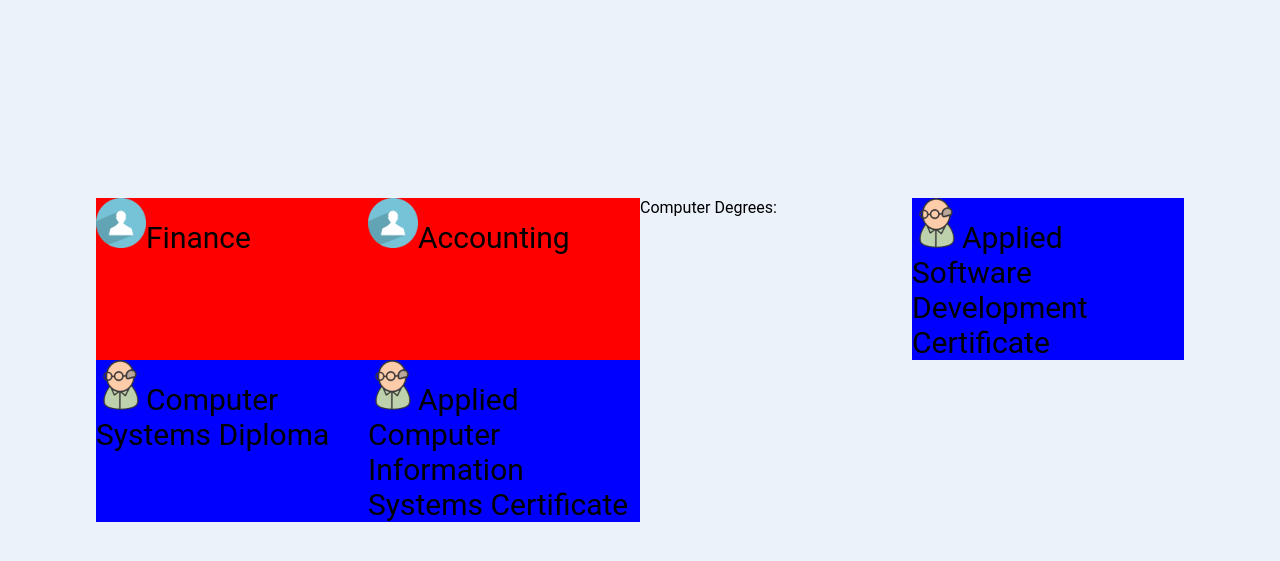
Repository: NeemaToto/mdia2109week3
Page: /
The author's editor kept a copy of each file at every save. The page is drawn from the files as they stood at one save, then again after the next save.
The browser window is 1280 px wide. The pictures show the whole page.
The project was rebuilt for these pictures with package versions that can differ from the ones it lists, and the page was loaded fresh each time. The framework's server and built-in components were replaced by stand-ins that run in the browser. Also part of the build but not shown: next.config.js.

Above is the page before, as saved 2023-01-19 12:19:47.

After the next save:
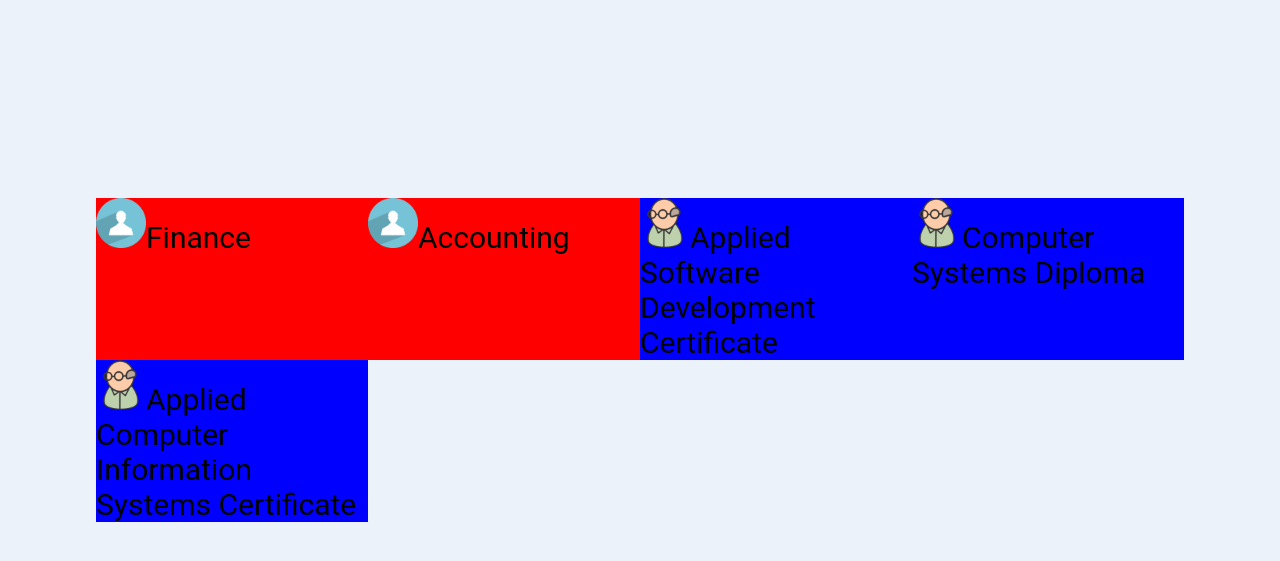
Saved 7 s later.
--- a/pages/index.js
+++ b/pages/index.js
@@ -38,7 +38,7 @@
               }
             })
           }
-          <div>Computer Degrees:</div>
+
           {
             information && information.map((info, index) => {
               <div>Computer Degrees:</div>
